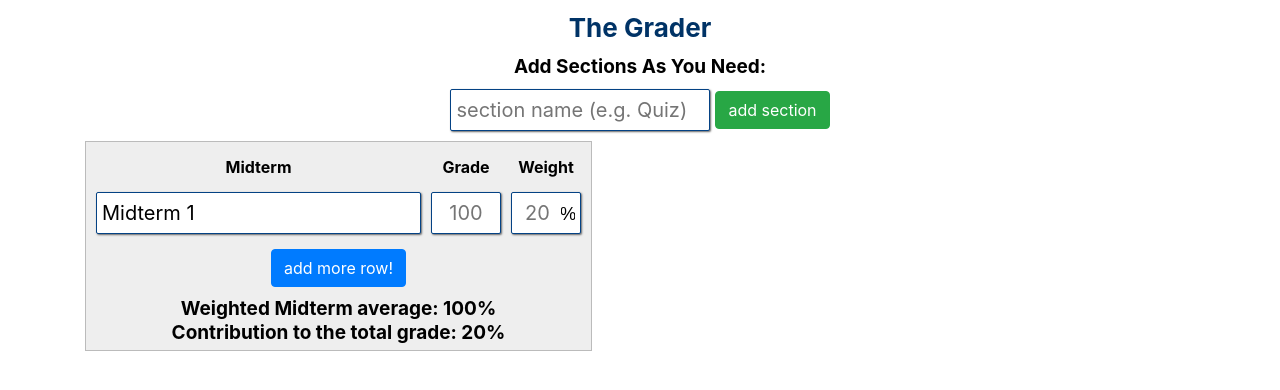
Repository: BarishNamazov/BarishNamazov.github.io
Page: thegrader/index.html
The author's editor kept a copy of each file at every save. The page is drawn from the files as they stood at one save, then again after the next save.
The browser window is 1280 px wide. The pictures show the whole page.

Above is the page before, as saved 2020-10-31 18:28:02.

### thegrader/index.html
<!doctype html>
<html lang="en">
  <head>
    <meta charset="utf-8">
    <meta name="viewport" content="width=device-width, initial-scale=1, shrink-to-fit=no">

    <!-- Bootstrap CSS -->
    <link rel="stylesheet" href="https://cdn.jsdelivr.net/npm/bootstrap@4.5.3/dist/css/bootstrap.min.css" integrity="sha384-TX8t27EcRE3e/ihU7zmQxVncDAy5uIKz4rEkgIXeMed4M0jlfIDPvg6uqKI2xXr2" crossorigin="anonymous">

    <!-- Custon CSS -->
    <link rel="stylesheet" href="app.css">

    <title>The Grader</title>
  </head>
  <body>
    <div class="container">
      <div class="row">
        <div class="col-lg-12">
          <h1>The Grader</h1>

          <h3>Add Sections As You Need:</h3>

          <div class="divSectionAdder">
            <input type="text" class="sectionName" placeholder="section name (e.g. Quiz)"><button valign="center" class="btn btn-success sectionAdder" id="sectionAdder">add section</button>
          </div>

          <table class="gradePanel">
            <tbody>
              <tr>
                <td>
                  <table>
                    <tbody>
                      <tr class="rowHeader">
                        <td class="tableHeader tableName"><strong>Midterm</strong></td>
                        <td class="tableHeader"><strong>Grade</strong></td>
                        <td class="tableHeader"><strong>Weight</strong></td>
                      </tr>
                      <tr>
                        <td><input type="text" class="gradeName" value="Midterm 1"></td>
                        <td><input type="text" class="gradeValue" placeholder="100"></td>
                        <td><input type="text" class="gradeWeight percentIcon" placeholder="20"></td>
                      </tr>
                    </tbody>
                  </table>

                  <div class="moreRows"></div>

                  <button class="btn btn-primary rowAdder" id="section1RowAdder">add more row!</button>

                  <div class="gradeBar">
                    <h3>
                      Weighted <span class="nameOfSection">Midterm</span> average: <span class="sectionAverage">100</span>%
                      <br>
                      Contribution to the total grade: <span class="sectionContribution">20</span>%
                    </h3>
                  </div>
                </td>
              </tr>
            </tbody>
          </table>
          <div class="moreSections"></div>
        </div>
      </div>
    </div>



    <script src="https://code.jquery.com/jquery-3.5.1.slim.min.js" integrity="sha384-DfXdz2htPH0lsSSs5nCTpuj/zy4C+OGpamoFVy38MVBnE+IbbVYUew+OrCXaRkfj" crossorigin="anonymous"></script>
    <script src="https://cdn.jsdelivr.net/npm/bootstrap@4.5.3/dist/js/bootstrap.bundle.min.js" integrity="sha384-ho+j7jyWK8fNQe+A12Hb8AhRq26LrZ/JpcUGGOn+Y7RsweNrtN/tE3MoK7ZeZDyx" crossorigin="anonymous"></script>
    <script src="https://code.jquery.com/jquery-3.5.1.min.js" integrity="sha256-9/aliU8dGd2tb6OSsuzixeV4y/faTqgFtohetphbbj0=" crossorigin="anonymous"></script>
    <script src="scripts.js"></script>
  </body>
</html>

### thegrader/app.css
body,p,td,div,input,th,li,textarea{font-size:16px;color:#000;}

body{background:#fff;margin:0px;padding:0px;border:0;text-align: center;}

h1 {
  text-align: center;
  color: blue;
}
.divSectionAdder{
  margin: 10px auto;
  display: flex;
  align-items: center;
  justify-content: center;
}
.sectionName{
  margin-right: 5px;
  width: 260px;
}
.gradePanel{
	background:#eee;
	border: solid 1px #bbbbbb;
  padding: 10px;
  margin-bottom: 10px;
}
td{
  padding: 5px;
}

h1{color:#003366;font-size:26px;font-weight:bold;padding:0;margin:12px 0;}
#resulth1{background-color:#ffefe7;padding:0px 5px 0px 5px;border-top:#930 1px dotted;}
h2{font-size:22px;font-weight:bold;color:#003366;padding:0; margin-bottom: 2px;}
h3{font-size:19px;font-weight:bold;}
hr{border:0;color:#aaa;background-color:#aaa;height:1px;}
a{color:#069;text-decoration:underline;}
a:hover{text-decoration:none;}
input{padding: 5px;color:#000;}
select{padding: 4px;color:#000;}
option{font-size:16px;}
input[type=text],
input[type=number],
select {
	border: 1px solid #044284;
	border-radius: 2px;
	box-shadow: 1px 1px 2px #666;
	font-size:20px;
}

.tableHeader{
  text-align: center;
}
.rowHeader{
  height: 40px;
}
.gradeWeight, .gradeValue{
  text-align:center;
  width: 70px;
}
.percentIcon{
	background: white url('media/percent.svg') right 5px center no-repeat;
  padding-right: 22px;
}
.rowAdder{
  margin: 10px auto;
}
h3{
  display: inline;
}

### thegrader/scripts.js
var newRow = "<table><tbody><tr><td><input type=\"text\" class=\"gradeName\" value=\"Midterm X\" autocomplete=\"off\"></td><td><input type=\"text\" class=\"gradeValue\"></td><td><input type=\"text\" class=\"gradeWeight percentIcon\"></td></tr></tbody></table>\n ";

var newSection = "<table class=\"gradePanel\"> <tbody> <tr> <td> <table> <tbody> <tr class=\"rowHeader\"> <td class=\"tableHeader tableName\"><strong>Midterm</strong></td> <td class=\"tableHeader\"><strong>Grade</strong></td> <td class=\"tableHeader\"><strong>Weight</strong></td> </tr> <tr> <td><input type=\"text\" class=\"gradeName\" value=\"Midterm 1\" autocomplete=\"off\"></td> <td><input type=\"text\" class=\"gradeValue\" placeholder=\"100\"></td> <td><input type=\"text\" class=\"gradeWeight percentIcon\" placeholder=\"20\"></td> </tr> </tbody> </table> <div class=\"moreRows\"></div> <button class=\"btn btn-primary rowAdder\">add more row!</button> </td> </tr> </tbody> </table>";

$("input").attr("autocomplete", "off");

if (!String.prototype.splice) {
  String.prototype.splice = function(start, delCount, newSubStr) {
      return this.slice(0, start) + newSubStr + this.slice(start + Math.abs(delCount));
  };
}

var sectionCount = 1;

function rowAdder(){
  var idx = $(this).parents(".gradePanel").find("table").length + 1;
  var namePanel = $(this).parents(".gradePanel").find(".tableName").text();
  var editedRow = newRow.replace("Midterm X", namePanel + " " + idx);
  $(this).parents(".gradePanel").find(".moreRows").before(editedRow);
  $(".gradeValue").change(updateSectionGrade);
  $(".gradeWeight").change(updateSectionGrade);
}
$(".rowAdder").on("click", rowAdder);

function sectionAdder(dir){
  var x = (typeof dir == "string") ? $(dir) : $(this);
  var sectionInputName = $(".sectionName").val();
  if (!sectionInputName) return;
  var editedSection = newSection.replaceAll("Midterm", sectionInputName);
  $(".moreSections").before(editedSection);
  $(".rowAdder").eq(sectionCount++).on("click", rowAdder);
  $(".sectionName").val(null);
}


$(".sectionAdder").on("click", sectionAdder);
$(".sectionName").on("keypress", function(e) {
  if (e.which == 13) {
    sectionAdder(".sectionName");
  }
})

function updateSectionGrade() {
  var section = $(this).parents(".gradePanel");
  var grades = section.find(".gradeValue"), weights = section.find(".gradeWeight");
  var contribution = 0.0;
  for (var i = 0; i < grades.length; i++) {
    // console.log(grades[i]);
    console.log(weights[i]);
    contribution += Number(grades[i].value) * Number(weights[i].value) / 100.0;
  }
  section.find(".sectionAverage").text(contribution);
}
$(".gradeValue").change(updateSectionGrade);
$(".gradeWeight").change(updateSectionGrade);

After the next save:
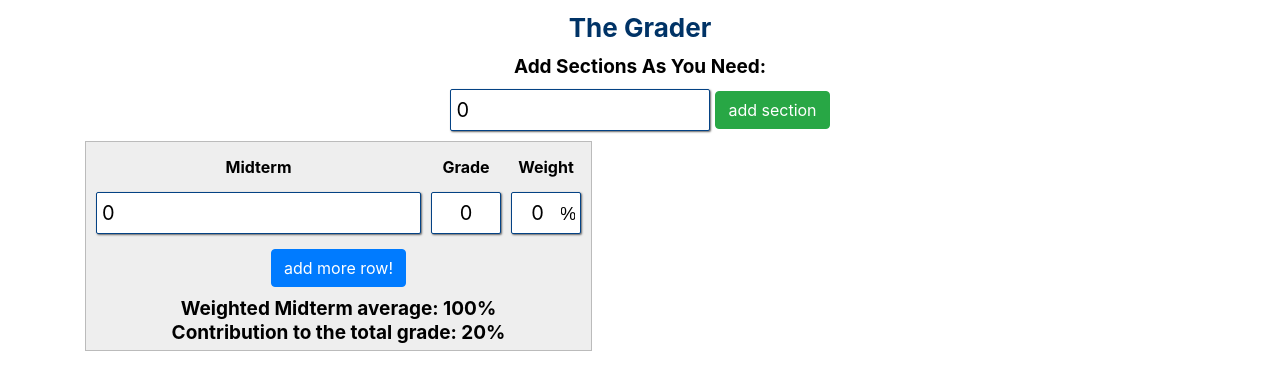
Saved 19 s later.
--- a/thegrader/scripts.js
+++ b/thegrader/scripts.js
@@ -3,6 +3,7 @@ var newRow = "<table><tbody><tr><td><input type=\"text\" class=\"gradeName\" val
 var newSection = "<table class=\"gradePanel\"> <tbody> <tr> <td> <table> <tbody> <tr class=\"rowHeader\"> <td class=\"tableHeader tableName\"><strong>Midterm</strong></td> <td class=\"tableHeader\"><strong>Grade</strong></td> <td class=\"tableHeader\"><strong>Weight</strong></td> </tr> <tr> <td><input type=\"text\" class=\"gradeName\" value=\"Midterm 1\" autocomplete=\"off\"></td> <td><input type=\"text\" class=\"gradeValue\" placeholder=\"100\"></td> <td><input type=\"text\" class=\"gradeWeight percentIcon\" placeholder=\"20\"></td> </tr> </tbody> </table> <div class=\"moreRows\"></div> <button class=\"btn btn-primary rowAdder\">add more row!</button> </td> </tr> </tbody> </table>";
 
 $("input").attr("autocomplete", "off");
+$("input").val(0);
 
 if (!String.prototype.splice) {
   String.prototype.splice = function(start, delCount, newSubStr) {
